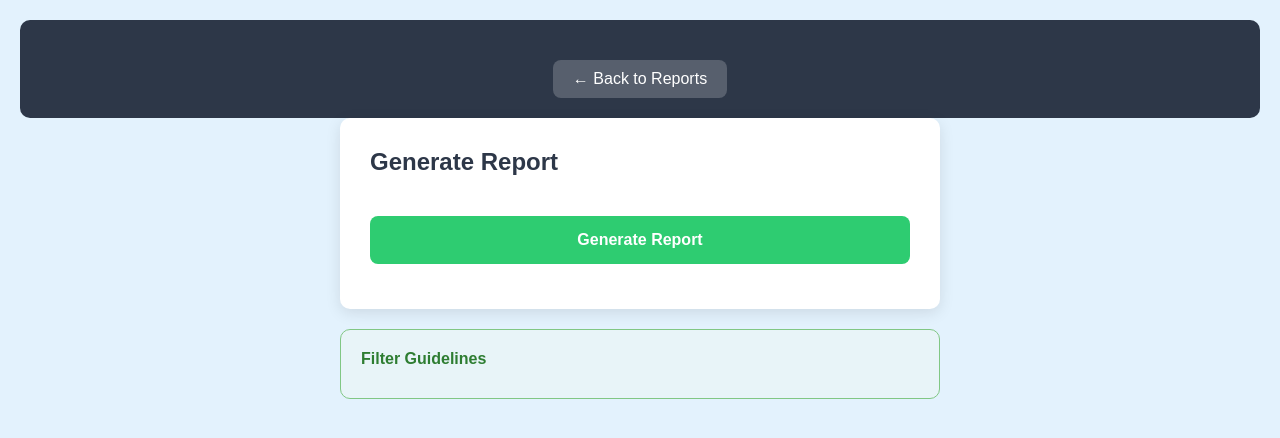
Repository: sweekrithishetty28/Employee_Salary_Management
Page: http://localhost/EmployeeWebApp/report_form.jsp
These files come from the project's save history. The page is drawn as it stood at one moment and after the next save; the edit follows.
The browser window is 1280 px wide. The pictures show the whole page.
The page is served by Tomcat 9. Other server files are loaded and not shown.

Above is the page before, as saved 2025-05-28 05:56:14.

### Employee Salary Mangement/EmployeeWebApp/src/main/webapp/report_form.jsp
<%@ page contentType="text/html;charset=UTF-8" language="java" %>
<%
String action = request.getParameter("action");
String actionTitle = "";
if ("NameFilter".equals(action)) {
    actionTitle = "Filter by Name Starting Letter";
} else if ("ServiceFilter".equals(action)) {
    actionTitle = "Filter by Years of Service";
} else if ("SalaryFilter".equals(action)) {
    actionTitle = "Filter by Minimum Salary";
}
%>
<html>
<head>
<meta charset="UTF-8">
<title>Report Filter Form</title>
<style>
* { margin: 0; padding: 0; box-sizing: border-box; }
body {
    font-family: Arial, sans-serif;
    background: #e3f2fd;
    min-height: 100vh;
    padding: 20px;
}
.container {
    width: 100%;
    max-width: 600px;
    margin: 0 auto;
    display: flex;
    flex-direction: column;
    gap: 20px;
}
.header {
    background: #2d3748;
    color: white;
    padding: 20px;
    border-radius: 10px;
    text-align: center;
}
.form-section {
    background: white;
    padding: 30px;
    border-radius: 10px;
    box-shadow: 0 4px 15px rgba(0,0,0,0.1);
}
label {
    font-weight: 600;
    color: #2d3748;
    display: block;
    margin-top: 15px;
    margin-bottom: 5px;
}
input {
    width: 100%;
    padding: 12px;
    margin-bottom: 15px;
    border: 2px solid #e2e8f0;
    border-radius: 8px;
    font-size: 14px;
    transition: all 0.3s ease;
}
input:focus {
    outline: none;
    border-color: #1976d2;
    box-shadow: 0 0 0 3px rgba(25, 118, 210, 0.1);
}
.submit-btn {
    background: #2ecc71;
    color: white;
    border: none;
    padding: 15px 30px;
    border-radius: 8px;
    cursor: pointer;
    font-size: 16px;
    font-weight: 600;
    width: 100%;
    margin-top: 20px;
    transition: all 0.3s ease;
}
.submit-btn:hover {
    background: #27ae60;
    transform: translateY(-2px);
    box-shadow: 0 4px 15px rgba(46, 204, 113, 0.4);
}
h2 {
    color: #2d3748;
    margin-bottom: 20px;
}
.form-group {
    margin-bottom: 20px;
}
.form-group label {
    margin-top: 0;
}
.required::after {
    content: " *";
    color: #e53e3e;
}
.back-link {
    display: inline-block;
    color: white;
    text-decoration: none;
    background: rgba(255,255,255,0.2);
    padding: 10px 20px;
    border-radius: 8px;
    margin-top: 20px;
    transition: all 0.3s ease;
    font-weight: 500;
    text-align: center;
}
.back-link:hover {
    background: rgba(255,255,255,0.3);
    transform: translateX(-5px);
}
.info-card {
    background: #e8f4f8;
    border: 1px solid #81c784;
    border-radius: 10px;
    padding: 20px;
}
.info-card h4 {
    color: #2e7d32;
    margin-bottom: 10px;
}
.info-card p {
    color: #2d3748;
    font-size: 14px;
    line-height: 1.5;
}
</style>
</head>
<body>
    <div class="header">
        <h1><%= actionTitle %></h1>
        <a href="report.jsp" class="back-link">← Back to Reports</a>
    </div>

    <div class="container">
        <div class="form-section">
            <h2>Generate Report</h2>

            <form action="ReportServlet" method="get">
                <input type="hidden" name="action" value="<%= action %>"/>

                <% if ("NameFilter".equals(action)) { %>
                <div class="form-group">
                    <label for="startsWith" class="required">Enter Starting Letter</label>
                    <input type="text" id="startsWith" name="startsWith" required maxlength="1" placeholder="Enter a single letter (e.g., A)">
                </div>
                <% } else if ("ServiceFilter".equals(action)) { %>
                <div class="form-group">
                    <label for="years" class="required">Enter Minimum Years of Service</label>
                    <input type="number" id="years" name="years" required min="0" placeholder="Enter minimum years (e.g., 5)">
                </div>
                <% } else if ("SalaryFilter".equals(action)) { %>
                <div class="form-group">
                    <label for="salary" class="required">Enter Minimum Salary</label>
                    <input type="number" id="salary" name="salary" required step="0.01" min="0" placeholder="Enter minimum salary (e.g., 50000.00)">
                </div>
                <% } %>

                <input type="submit" value="Generate Report" class="submit-btn">
            </form>
        </div>

        <div class="info-card">
            <h4>Filter Guidelines</h4>
            <p>
            <% if ("NameFilter".equals(action)) { %>
                • Enter a single letter (A-Z)<br>
                • Case insensitive search<br>
                • Shows employees whose name starts with the letter<br>
                • Example: Enter 'J' to find John, Jane, etc.
            <% } else if ("ServiceFilter".equals(action)) { %>
                • Enter number of years (0 or greater)<br>
                • Shows employees with equal or more service years<br>
                • Based on date of joining<br>
                • Example: Enter '5' for 5+ years of service
            <% } else if ("SalaryFilter".equals(action)) { %>
                • Enter minimum salary amount<br>
                • Shows employees earning equal or more<br>
                • Use decimal format for precision<br>
                • Example: Enter '50000' for ₹50,000 and above
            <% } %>
            </p>
        </div>
    </div>
</body>
</html>

After the next save:
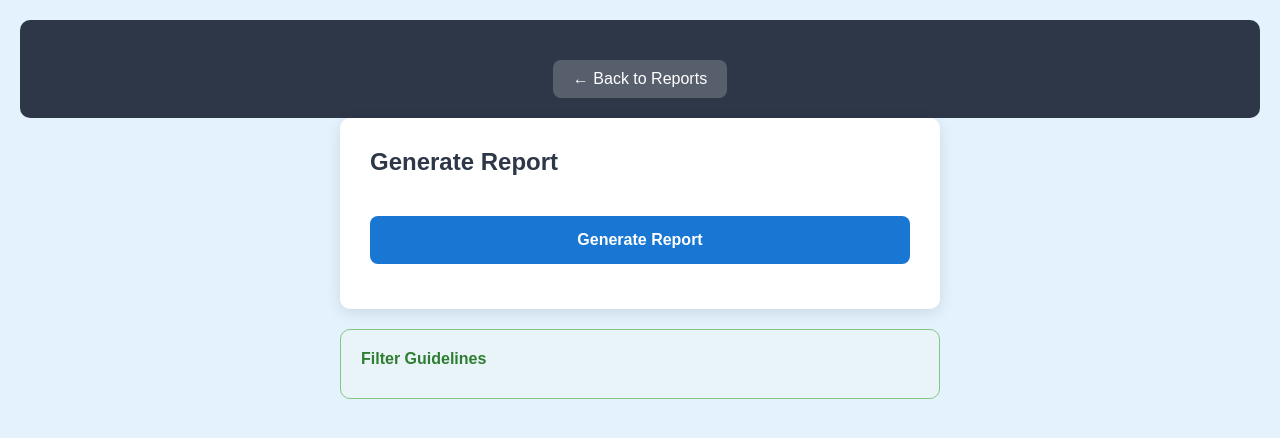
Saved 65 s later.
--- a/Employee Salary Mangement/EmployeeWebApp/src/main/webapp/report_form.jsp
+++ b/Employee Salary Mangement/EmployeeWebApp/src/main/webapp/report_form.jsp
@@ -65,7 +65,7 @@ input:focus {
     box-shadow: 0 0 0 3px rgba(25, 118, 210, 0.1);
 }
 .submit-btn {
-    background: #2ecc71;
+    background:#1976d2 ;
     color: white;
     border: none;
     padding: 15px 30px;
@@ -78,7 +78,7 @@ input:focus {
     transition: all 0.3s ease;
 }
 .submit-btn:hover {
-    background: #27ae60;
+    background: #1976d2;
     transform: translateY(-2px);
     box-shadow: 0 4px 15px rgba(46, 204, 113, 0.4);
 }
